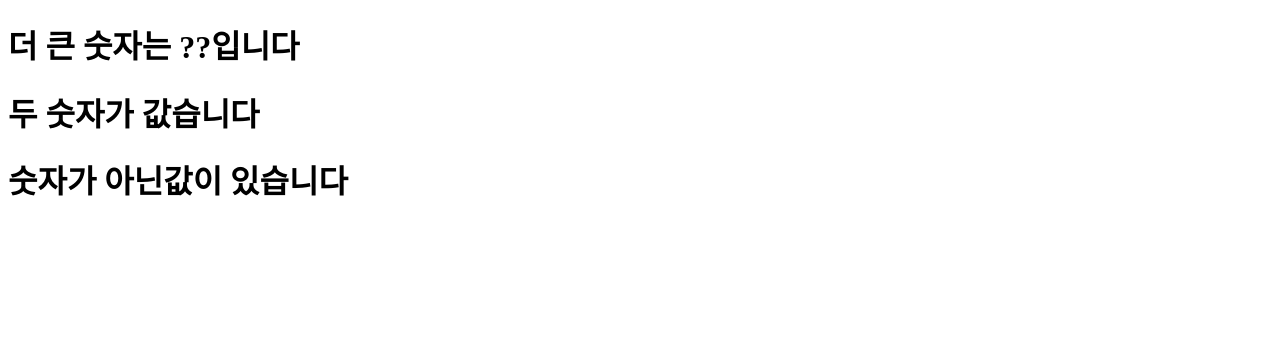
Repository: jjuhye/JSPWorkspace
Page: http://localhost/basic/ex04_form03pro.jsp
These files come from the project's save history. The page is drawn as it stood at one moment and after the next save; the edit follows.
The browser window is 1280 px wide. The pictures show the whole page.
The page is served by Tomcat 9.

Above is the page before, as saved 2023-02-21 04:10:50.

After the next save:
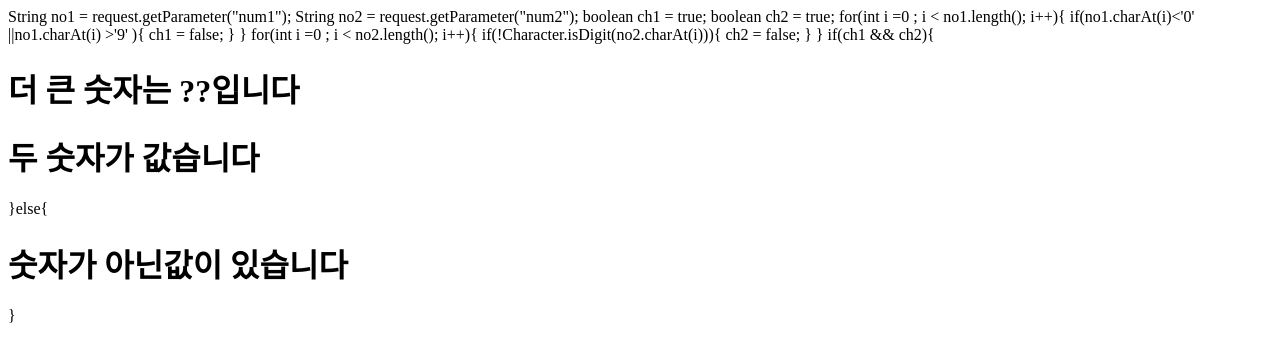
Saved 13 min 9 s later.
--- a/basic/src/main/webapp/ex04_form03pro.jsp
+++ b/basic/src/main/webapp/ex04_form03pro.jsp
@@ -7,8 +7,30 @@
 <title>Insert title here</title>
 </head>
 <body>
+
+String no1 = request.getParameter("num1");
+String no2 = request.getParameter("num2");
+
+boolean ch1 = true;
+boolean ch2 = true;
+
+for(int i =0 ; i < no1.length(); i++){
+	if(no1.charAt(i)<'0' ||no1.charAt(i) >'9' ){
+		ch1 = false;
+	}
+}
+
+for(int i =0 ; i < no2.length(); i++){
+	if(!Character.isDigit(no2.charAt(i))){
+		ch2 = false;
+	}
+}
+
+if(ch1 && ch2){
 <h1>더 큰 숫자는 ??입니다</h1>
 <h1>두 숫자가 값습니다</h1>
+}else{
 <h1>숫자가 아닌값이 있습니다</h1>
+}
 </body>
 </html>
